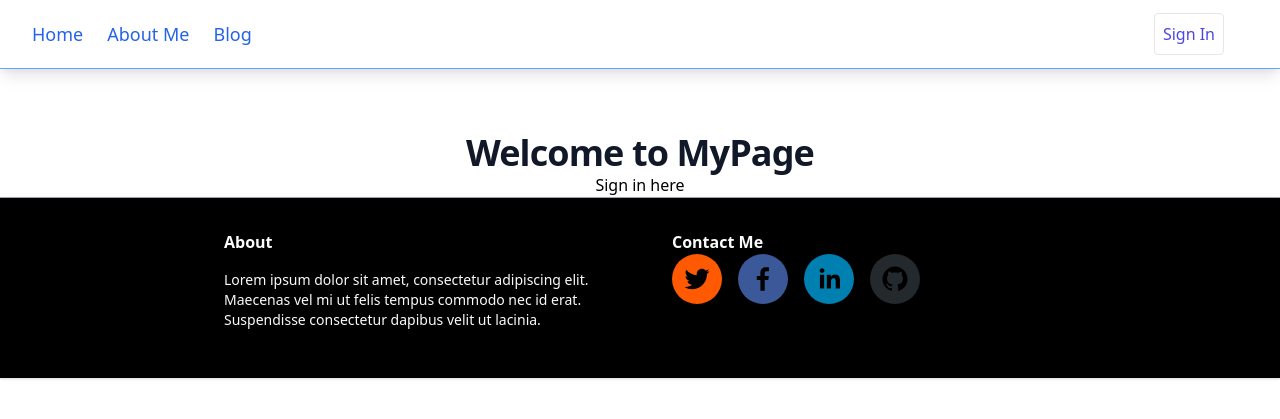
Repository: rushilramesh/portfolio-page
Page: /
These files come from the project's save history. The page is drawn as it stood at one moment and after the next save; the edit follows.
The browser window is 1280 px wide. The pictures show the whole page.
The project was rebuilt for these pictures with package versions that can differ from the ones it lists, and the page was loaded fresh each time. The framework's server and built-in components were replaced by stand-ins that run in the browser. Also part of the build but not shown: next.config.js.

Above is the page before, as saved 2021-05-21 02:30:36.

### pages/_app.tsx
import '../styles/globals.css'


function MyApp({ Component, pageProps }) {
  let loggedIn: boolean = false;

  return (

    <Component {...pageProps} />

  )

}

export default MyApp

### pages/index.tsx
import Head from 'next/head'
import Image from 'next/image'
import Link from 'next/link'
import Layout from '../components/Layout'
import utilStyles from '../styles/utils.module.css'

export default function Home() {
  return (
    <Layout>
      <Head>
        <title>Personal Portfolio</title>
      </Head>
      <div className="container mx-auto mt-16 text-center bg-white border-gray-100" >

        <h1 className="text-4xl tracking-tight font-extrabold text-gray-900">Welcome to MyPage</h1>
        <Link href='/login'>
          <a className="mt-4">Sign in here</a>
        </Link>
      </div>
    </Layout>

  )
}

### components/Layout.tsx
import Nav from './Nav'
import Footer from './Footer'
import utilStyles from '../styles/utils.module.css'
import Link from 'next/link'
import { SocialIcon } from 'react-social-icons';

const Layout = ({children, loggedIn} : {children: React.ReactNode, loggedIn?: boolean}) => {
    return (
        <div className="flex flex-col width-screen height-screen">
        <Nav />
        <div className="container mx-auto text-center">
            <main>{children}</main>
        </div>
        <footer className="bg-black border-t border-gray-400 shadow mb-16 text-gray-50">
            <div className="container max-w-4xl mx-auto flex py-8 space-y-4ß">
                <div className="flex w-full md:w-1/2 ">
                    <div className="px-8">
                        <h3 className="font-bold text-gray-50">About</h3>
                        <p className="py-4 text-gray-50 text-sm">
                            Lorem ipsum dolor sit amet, consectetur adipiscing elit. Maecenas vel mi ut felis tempus commodo nec id erat. Suspendisse consectetur dapibus velit ut lacinia.
                        </p>
                    </div>
				</div>

                <div className="flex w-full md:w-1/2 ">
					<div className="px-8">
						<h3 className="font-bold text-gray-50">Contact Me</h3>
						<div className="container inline-flex space-x-4">
                            <a href='https://twitter.com/?lang=en'><SocialIcon network="twitter" bgColor="#ff5a01" /></a>
                            <a href='https://www.facebook.com/'><SocialIcon network="facebook" /></a>
                            <a href='https://www.linkedin.com/in/rushil-ramesh-2a8404209/'><SocialIcon network="linkedin" /></a>
                            <a href='https://github.com/rushilramesh'><SocialIcon network="github" /></a>
                        </div>
					</div>
				</div>
            </div>
        </footer>
        </div>
    )
}

export default Layout;

### components/Nav.tsx
/* This example requires Tailwind CSS v2.0+ */
import Link from 'next/link'

const navs = [
   {name: 'Home', href: '/'},
   {name: 'About Me', href: './about'},
   {name: 'Blog', href: './blog'}
]


export default function Nav({loggedIn} : {loggedIn?: boolean}) {

  return (
    <nav id="header" className="w-full z-30 top-10 py-1 bg-white shadow-lg border-b border-blue-400 mt-15">
      <div className="w-full flex items-center justify-between mt-0 px-6 py-2">
       <label  className="cursor-pointer md:hidden block">
          <svg className="fill-current text-blue-600" xmlns="http://www.w3.org/2000/svg" width="20" height="20" viewBox="0 0 20 20">
             <title>menu</title>
             <path d="M0 3h20v2H0V3zm0 6h20v2H0V9zm0 6h20v2H0v-2z"></path>
          </svg>
       </label>
       <input className="hidden" type="checkbox" id="menu-toggle"/>

       <div className="hidden md:flex md:items-center md:w-auto w-full order-3 md:order-1" id="menu">
          <nav>
             <ul className="md:flex items-center justify-between text-base text-blue-600 pt-4 md:pt-0">
                {navs.map((item) => (
                <li key={item.name} >
                  <Link href={item.href}>
                     <a className="inline-block no-underline hover:text-black font-medium text-lg py-2 px-4 lg:-ml-2" >{item.name}</a>
                  </Link>
                </li>))}
             </ul>
          </nav>
       </div>

       <div className="order-2 md:order-3 flex flex-wrap items-center justify-end mr-0 md:mr-4" id="nav-content">
          <div className="auth flex items-center w-full md:w-full">
             <button className="bg-white text-indigo-600  p-2 rounded border mr-4 hover:bg-gray-100 hover:text-indigo-700">
               { !loggedIn ? (
                  <Link href="./login">
                     <a>Sign In</a>
                  </Link>) : (
                     <Link href="/">
                        <a>Sign Out</a>
                     </Link>
                  )
               }
             </button>
          </div>
       </div>
      </div>
    </nav>
  )
}

### tailwind.config.js
module.exports = {

  purge: ['./pages/**/*.{js,ts,jsx,tsx}', './components/**/*.{js,ts,jsx,tsx}'],
  darkMode: false, // or 'media' or 'class'
  theme: {
    extend: {
      backgroundImage: theme => ({
        'main-background': "url('/images/background-photo.jpeg')",
      })
    },
  },
  variants: {
    extend: {
      justifyItems: ['hover', 'focus'],
    },
  },
  plugins: [],
}

Loaded but not shown: styles/globals.css (common file)

After the next save:
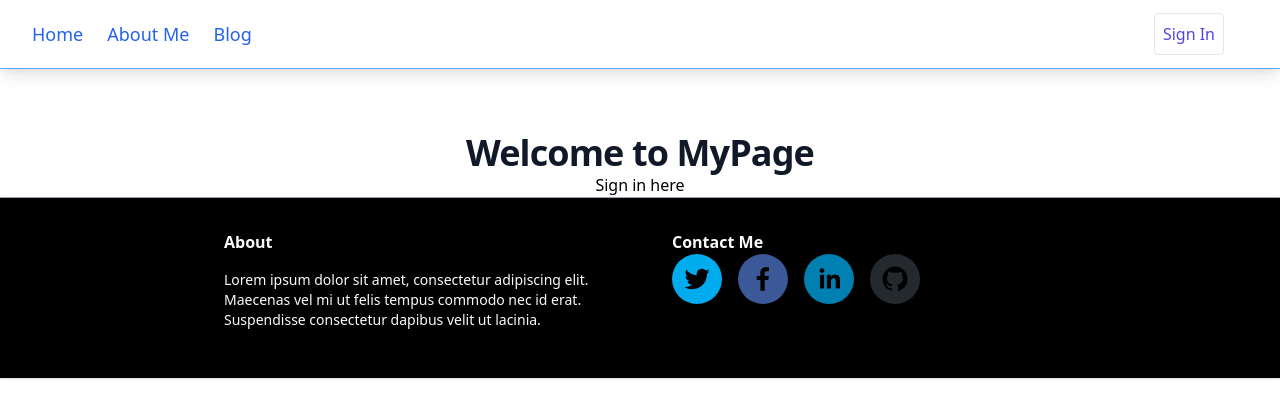
Saved 13 s later.
--- a/components/Layout.tsx
+++ b/components/Layout.tsx
@@ -26,7 +26,7 @@ const Layout = ({children, loggedIn} : {children: React.ReactNode, loggedIn?: bo
 					<div className="px-8">
 						<h3 className="font-bold text-gray-50">Contact Me</h3>
 						<div className="container inline-flex space-x-4">
-                            <a href='https://twitter.com/?lang=en'><SocialIcon network="twitter" bgColor="#ff5a01" /></a>
+                            <a href='https://twitter.com/?lang=en'><SocialIcon network="twitter" /></a>
                             <a href='https://www.facebook.com/'><SocialIcon network="facebook" /></a>
                             <a href='https://www.linkedin.com/in/rushil-ramesh-2a8404209/'><SocialIcon network="linkedin" /></a>
                             <a href='https://github.com/rushilramesh'><SocialIcon network="github" /></a>
